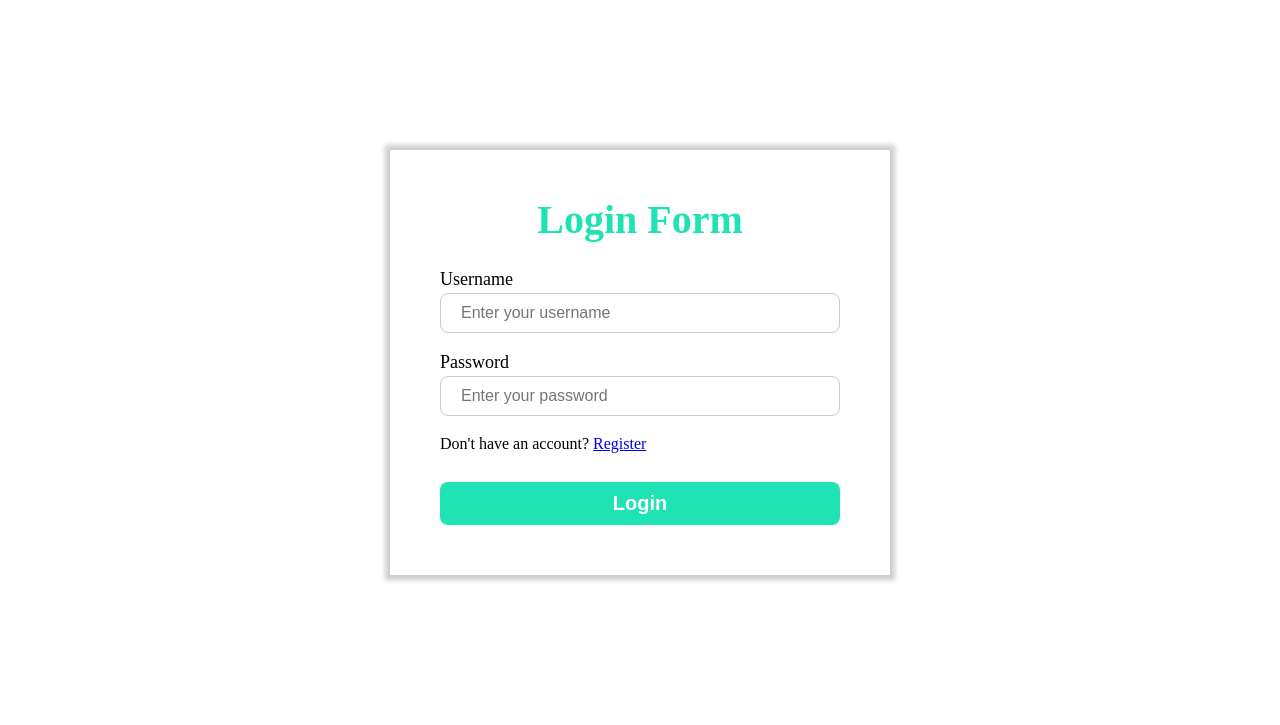
Repository: Trung0810/btl_cnpm_fe
Page: /
These files come from the project's save history. The page is drawn as it stood at one moment and after the next save; the edit follows.
The browser window is 1280 px wide. The pictures show the whole page.
The project was rebuilt for these pictures with package versions that can differ from the ones it lists, and the page was loaded fresh each time. Also part of the build but not shown: src/components/header/header.css, src/components/header/Header.js, src/components/footer/Footer.css, src/components/footer/Footer.js, src/components/shoes_list/ShoesCard.css, src/components/shoes_list/ShoesCard.js, src/components/shoes_list/ShoesList.css, src/components/shoes_list/ShoesList.js and 14 more.

Above is the page before, as saved 2026-03-31 09:28:37.

After the next save:
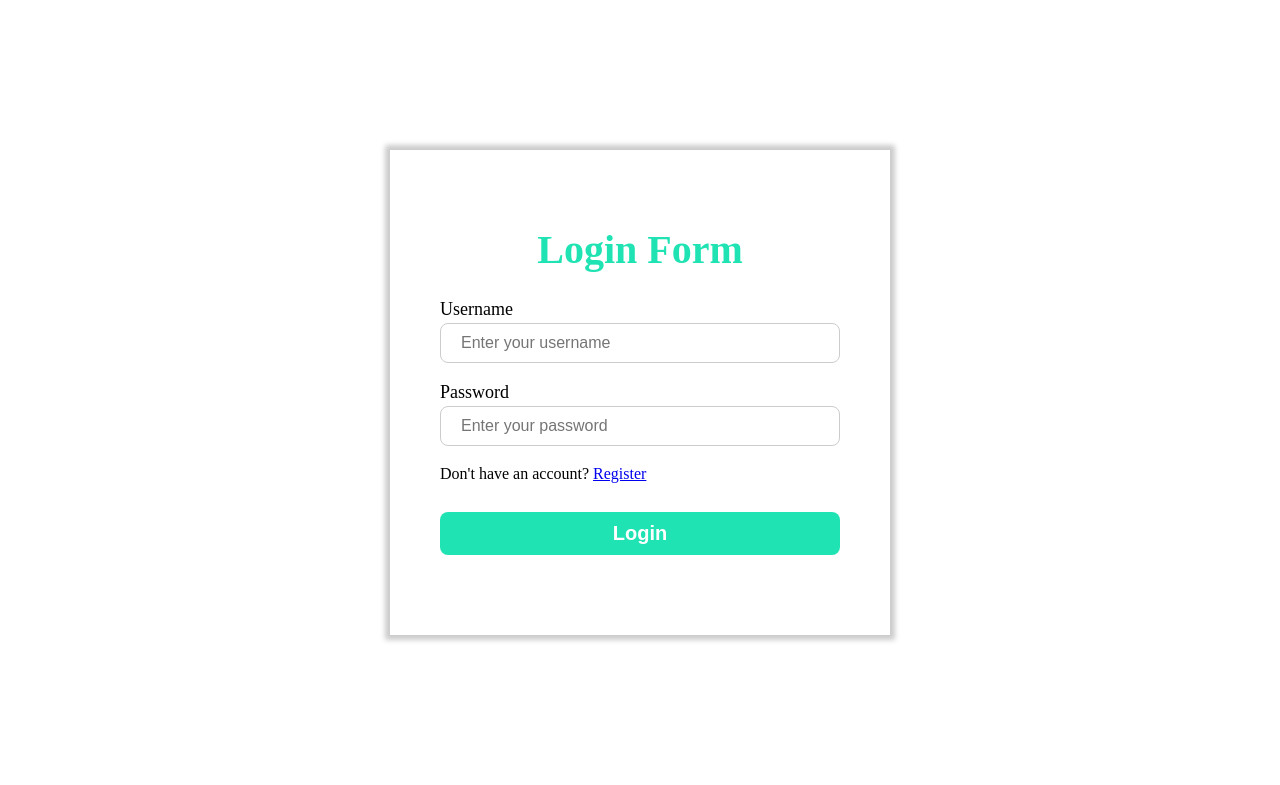
Saved 35 s later.
--- a/src/components/login_form/LoginForm.css
+++ b/src/components/login_form/LoginForm.css
@@ -1,6 +1,6 @@
 .login-form {
   width: 500px;
-  padding: 50px;
+  padding: 80px 50px;
   margin: 150px auto;
   box-shadow: 0 0 5px 5px #ccc;
 }
